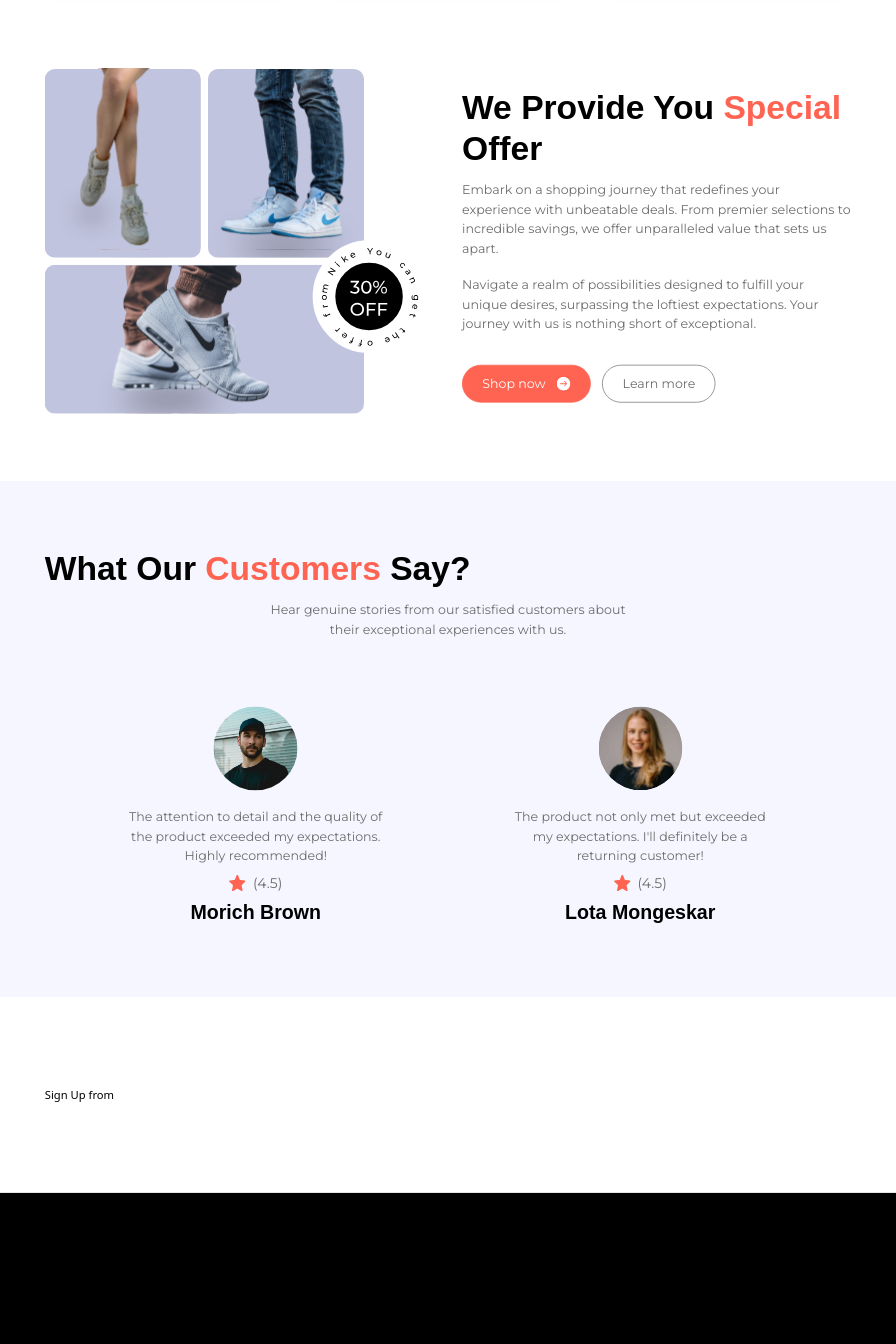
Repository: YiWang24/Nike
Page: /
An editor plug-in stored every save of this project. The page is shown before and after a run of saves, followed by the edit.
The browser window is 1280 px wide. The pictures show the part of the page from y = 2763 to 4683 px (the page is 4683 px tall before and 4665 px after), at 70% of full size.
Some web fonts or font styles are not loaded; a fallback is used. The project was rebuilt for these pictures with package versions that can differ from the ones it lists, and the page was loaded fresh each time. Also part of the build but not shown: vite.config.js.

Above is the page before, as saved 2024-10-27 23:55:25.

After the next 3 saves:
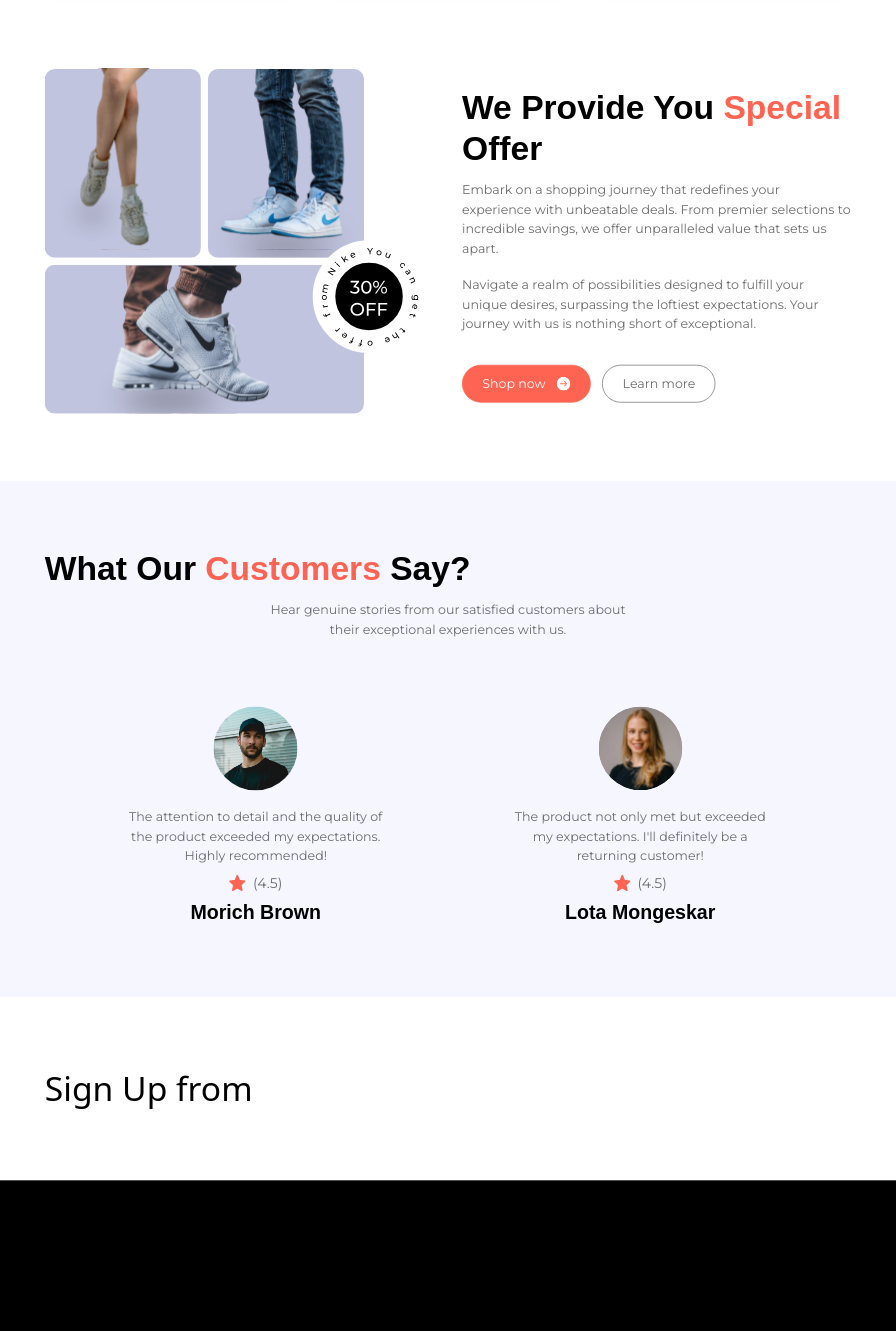
The 3 saves are shown as one change because they came seconds apart.
The last was saved 21 s later.
--- a/src/sections/Subscribe.jsx
+++ b/src/sections/Subscribe.jsx
@@ -3,7 +3,7 @@
 const Subscribe = () => {
   return (
     <section className='max-container flex justify-between items-center max-lg:flex-col gap-10' id="contact-us">
-      <h3>Sign Up from</h3>
+      <h3 className="text-4xl leading-[6px]">Sign Up from</h3>
       <span></span>
     </section>
   )
